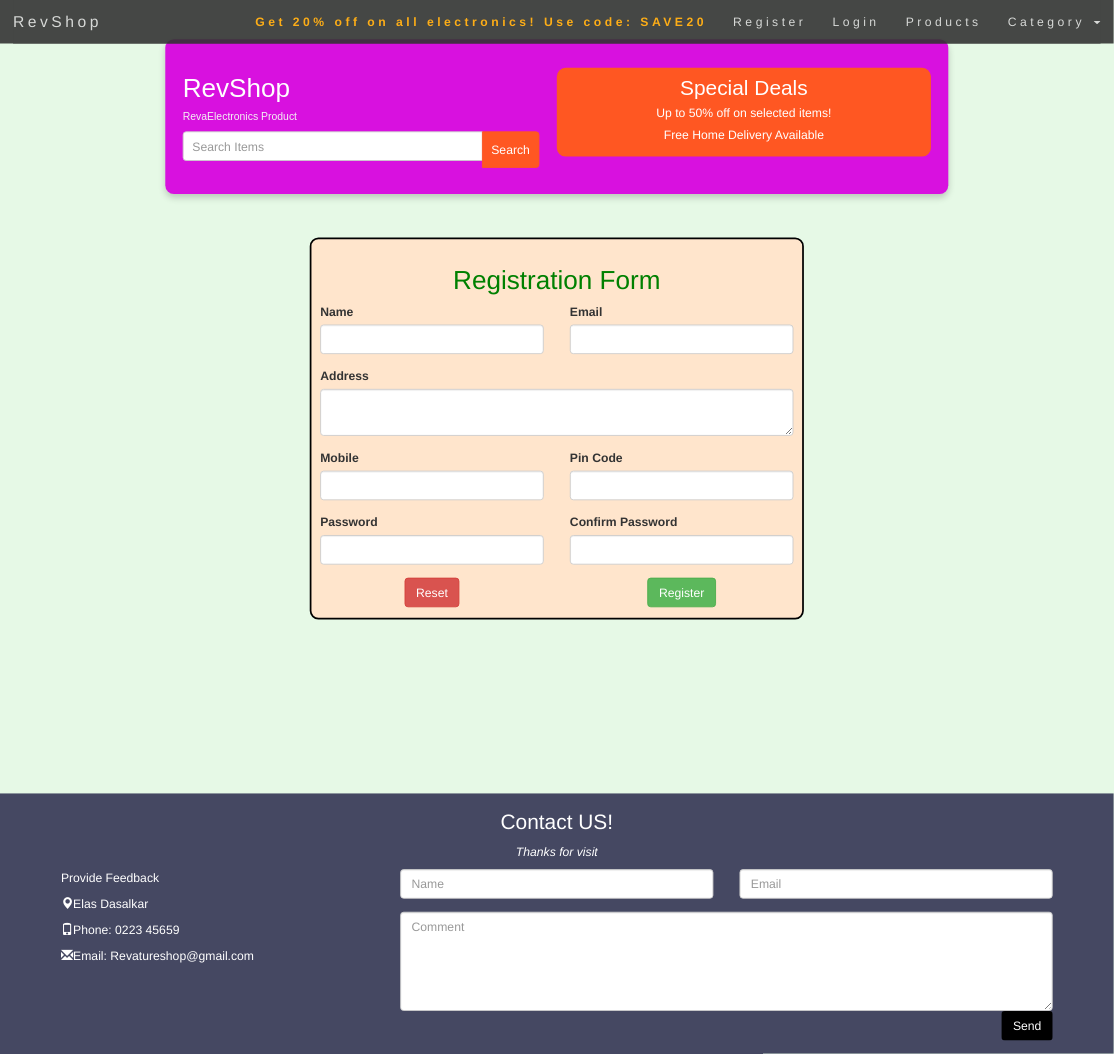
Repository: vilasdasalkar/RevaShop-Project-0
Page: http://localhost/RevShop/register.jsp
These files come from the project's save history. The page is drawn as it stood at one moment and after the next save; the edit follows.
The browser window is 1280 px wide. The pictures show the whole page, at 87% of full size.
The page is served by Tomcat 10.

Above is the page before, as saved 2024-08-30 08:14:15.

After the next save:
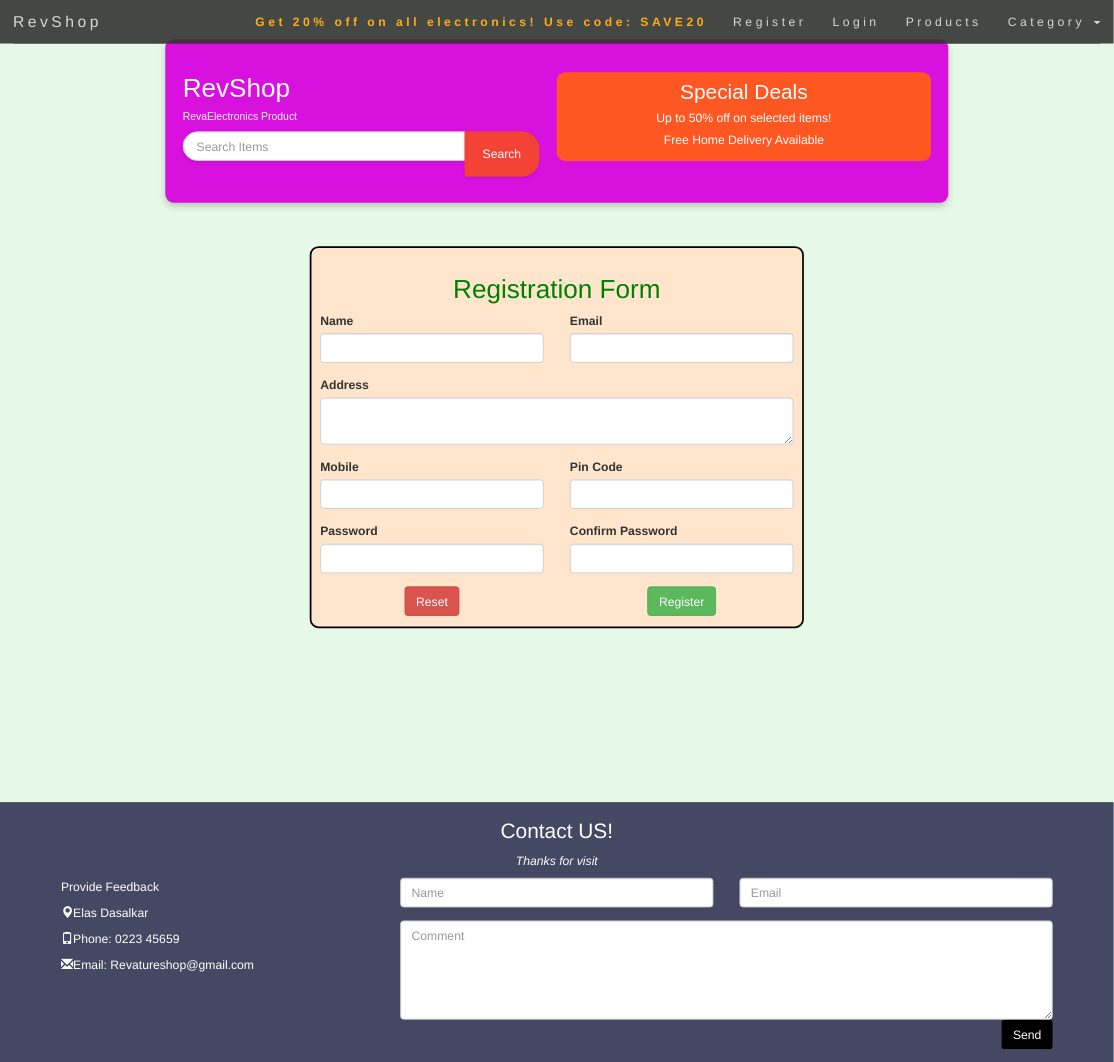
Saved 2 min 1 s later.
--- a/RevShop/src/main/webapp/header.jsp
+++ b/RevShop/src/main/webapp/header.jsp
@@ -28,13 +28,13 @@
             <h2 style="font-family: 'Arial', sans-serif; color: white;">RevShop</h2>
             <h6 style="font-family: 'Arial', sans-serif; color: #f3f3f3;">RevaElectronics Product</h6>
             <form class="form-inline" action="index.jsp" method="get">
-                <div class="input-group">
-                    <input type="text" class="form-control" size="38" name="search"
+                <div class="input-group" style="display: flex; width: 100%;">
+                    <input type="text" class="form-control" name="search"
                         placeholder="Search Items" required
-                        style="border-radius: 4px 0 0 4px; padding: 10px; box-shadow: none; width: 100%;">
+                        style="flex: 1; border-radius: 20px 0 0 20px; padding: 15px; box-shadow: 0 2px 4px rgba(0, 0, 0, 0.1); border: 1px solid #ccc;">
                     <div class="input-group-btn">
                         <input type="submit" class="btn btn-danger" value="Search"
-                            style="border-radius: 0 4px 4px 0; padding: 10px; background-color: #ff5722; border-color: #ff5722;">
+                            style="border-radius: 0 20px 20px 0; padding: 15px 20px; background-color: #f44336; border-color: #f44336; box-shadow: 0 2px 4px rgba(0, 0, 0, 0.1); cursor: pointer;">
                     </div>
                 </div>
             </form>
@@ -51,6 +51,7 @@
         style="color: orange; font-weight: bold; margin-top: 10px; margin-bottom: 5px; font-family: 'Arial', sans-serif;"
         id="message"></p>
 </div>
+
 
 
 	<!-- Company Header Ending -->
